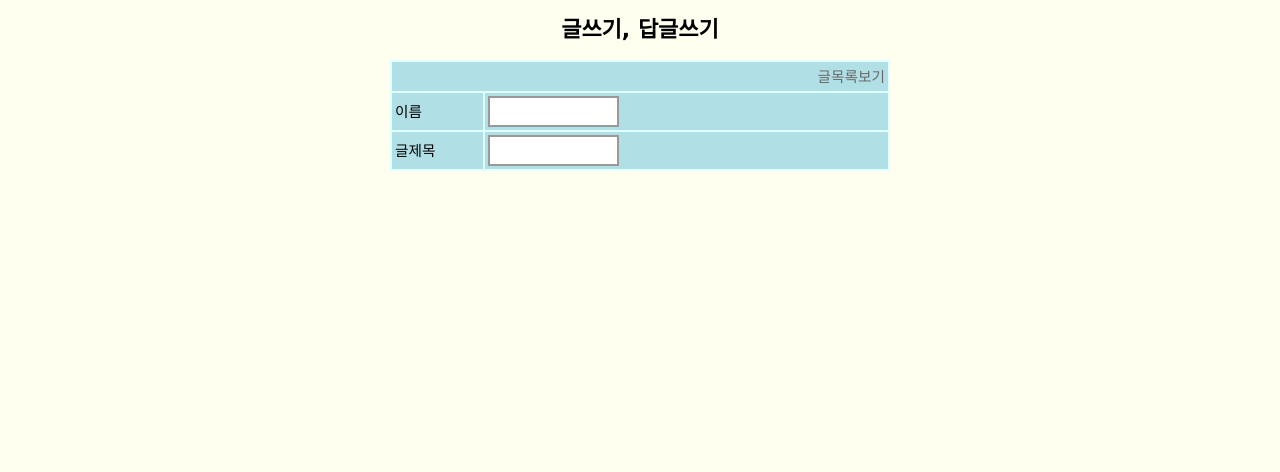
Repository: xo461/Java_Spring
Page: http://localhost/03_jsp_pool/mysqlboard/writeForm.jsp
An editor plug-in stored every save of this project. The page is shown before and after the next save, followed by the edit.
The browser window is 1280 px wide. The pictures show the whole page.
The page is served by Tomcat 9.

Above is the page before, as saved 2019-12-17 02:17:26.

After the next save:
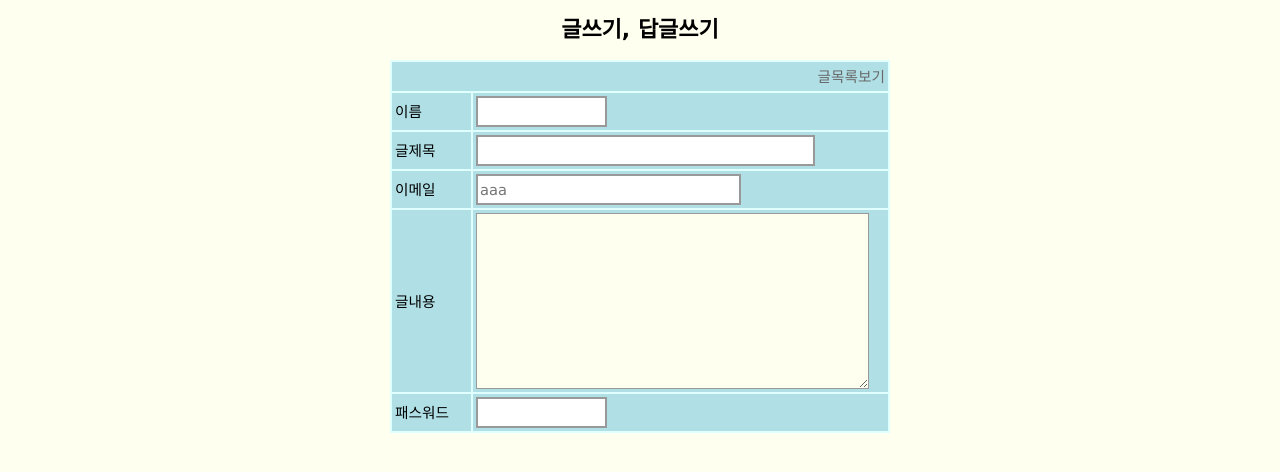
Saved 9 min 9 s later.
--- a/JSP_study/park_jsp_study/03_jsp_pool/WebContent/mysqlboard/writeForm.jsp
+++ b/JSP_study/park_jsp_study/03_jsp_pool/WebContent/mysqlboard/writeForm.jsp
@@ -53,12 +53,37 @@ if(request.getParameter("num") != null){//->not null이면 답글
 			<td>
 			<%
 				if(request.getParameter("num")==null){//원글
-
+					%>
+					<input type="text" name="subject" id="subject" size="40">
+					<%
 				}else{//답글
-
+					%>
+					<input type="text" name="subject" id="subject" size="40" value="[답글]">
+					<%
 				}//else end--
 			%>
-				<input type="text" name="writer" id="writer" size="12">
+			</td>
+		</tr>
+
+		<%--email --%>
+		<tr bgcolor="<%=value_c %>">
+			<td>이메일</td>
+			<td><input type="text" name="email" id="email" size="30" placeholder="aaa">
+			</td>
+		</tr>
+
+
+		<tr bgcolor="<%=value_c %>">
+			<td>글내용</td>
+			<td>
+				<textarea rows="10" cols="50" name="content" id="content"></textarea>
+			</td>
+		</tr>
+
+		<%--pw--%>
+		<tr bgcolor="<%=value_c %>">
+			<td>패스워드</td>
+			<td><input type="password" name="passwd" id="passwd" size="12" >
 			</td>
 		</tr>
 
